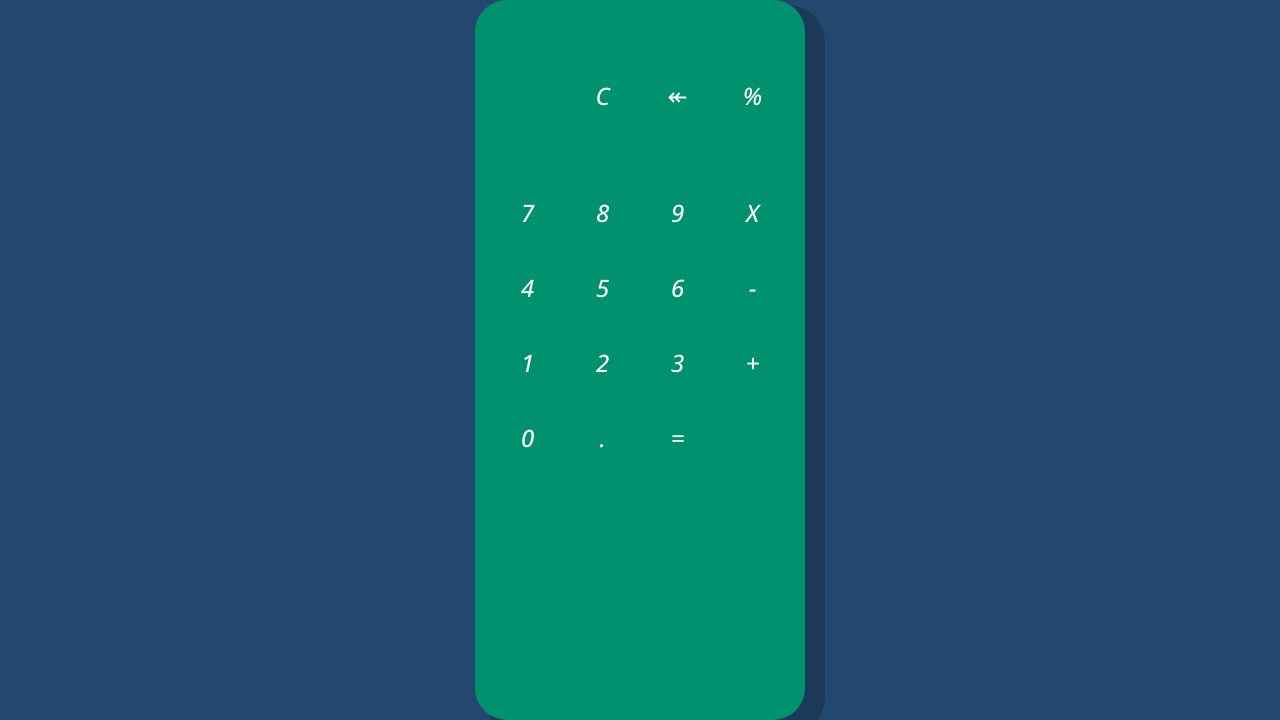
Repository: jhonenmanuel1/javaScript-calculator
Page: src/index.html
An editor plug-in stored every save of this project. The page is shown before and after the next save, followed by the edit.
The browser window is 1280 px wide. The pictures show the whole page.

Above is the page before, as saved 2022-08-02 23:26:35.

After the next save:
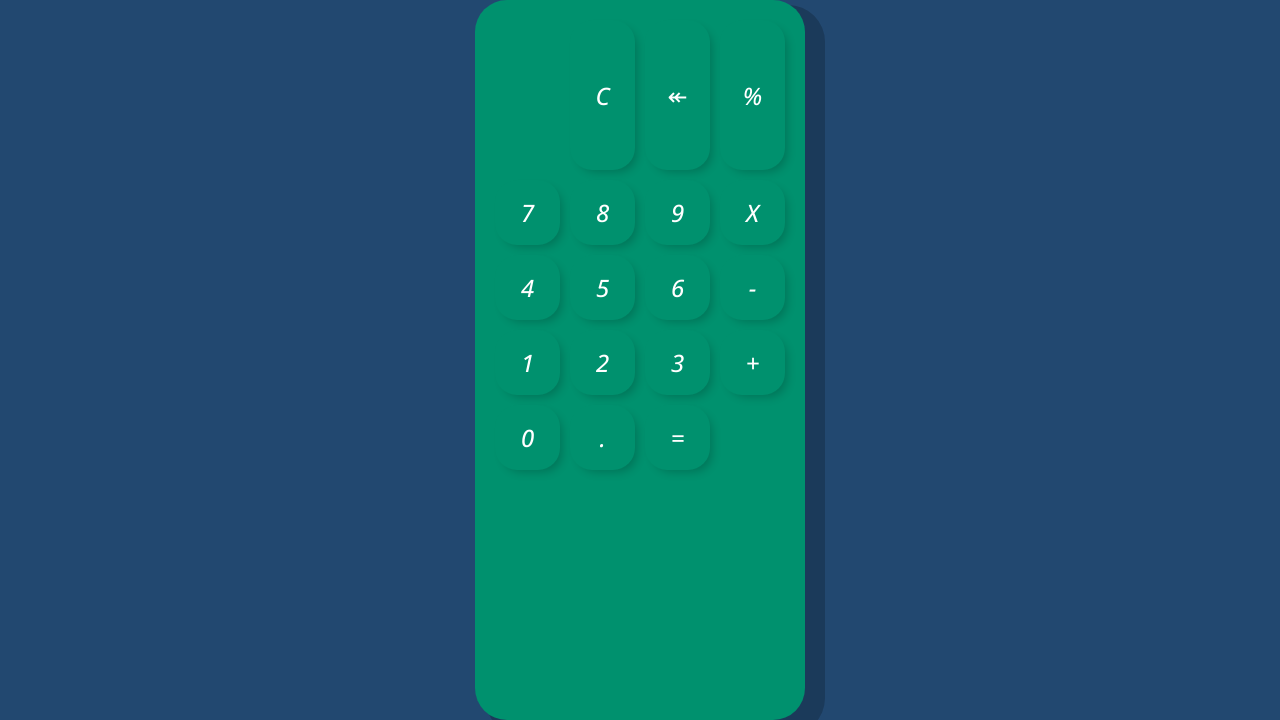
Saved 22 s later.
--- a/src/styles.css
+++ b/src/styles.css
@@ -30,5 +30,5 @@
     font-size: 1.5em;
     background-color: #00916e ;
     border: none;
-    box-shadow: 5px 5px 10px -3px #0000000040;
+    box-shadow: 5px 5px 10px -3px  #00000033;
 }

After the save that followed:
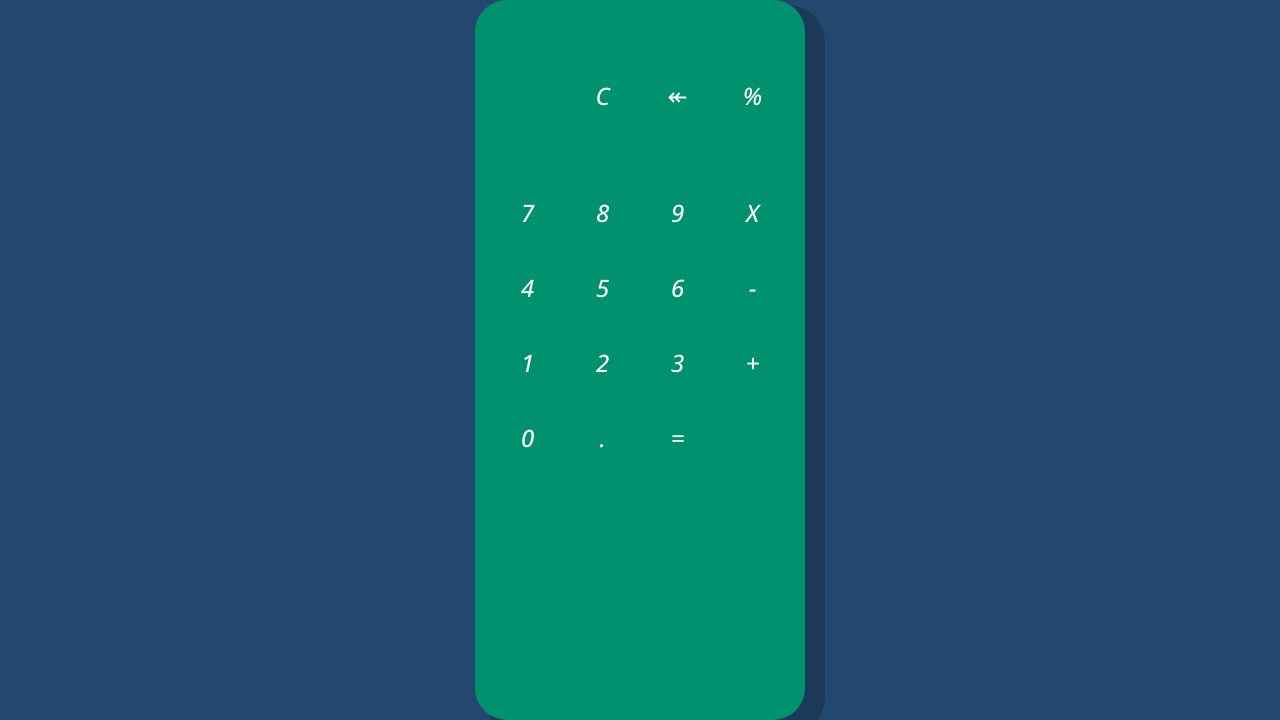
Saved 71 s later.
--- a/src/styles.css
+++ b/src/styles.css
@@ -30,5 +30,5 @@
     font-size: 1.5em;
     background-color: #00916e ;
     border: none;
-    box-shadow: 5px 5px 10px -3px  #00000033;
+    box-shadow: 5px 5px 10px -3px  #00000033, -5px;
 }
